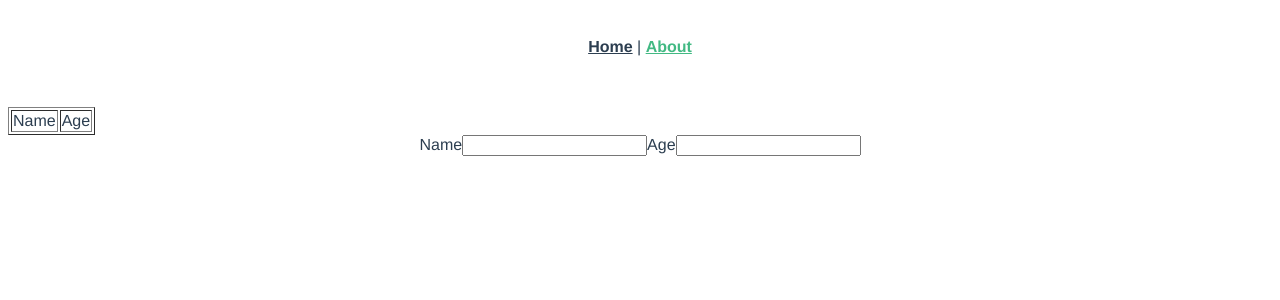
Repository: HaoMiffy/Vue---node.js-express
Page: /#/about (app in axios get node.js data/)
The author's editor kept a copy of each file at every save. The page is drawn from the files as they stood at one save, then again after the next save.
The browser window is 1280 px wide. The pictures show the whole page.
The page's requests for data from a server got no answer. The project was rebuilt for these pictures with package versions that can differ from the ones it lists, and the page was loaded fresh each time. No one was signed in, and anything a server would have sent is missing. Also part of the build but not shown: axios get node.js data/vue.config.js, axios get node.js data/src/components/HelloWorld.vue, axios get node.js data/src/views/HomeView.vue.

Above is the page before, as saved 2023-01-04 09:19:48.

### axios get node.js data/src/views/AboutView.vue
<template>
  <div class="about">
    <h1>{{ search }}</h1>
    <table border="1px">
    <tr>
      <td>Name</td>
      <td>Age</td>
    </tr>
    <tr v-for="user in usesrs" :key="user.id">
      <td>{{ user.name }}</td>
      <td>{{ user.age }}</td>
    </tr>
  </table>
  <label for="name">Name</label>
  <input type="text" id="name" name="name"/>
    <label for="age">Age</label>
  <input type="text" id="age" name="age"/>
  </div>
</template>

<script>
import axios from 'axios'
export default{
  data() {
    return {
      usesrs: null,
      search:null
    }
  },
  mounted() {
    this.getdata(),
    this.getsearch()
  },
  methods:{
    getdata() {
      axios.get("http://127.0.0.1:3000/json", {headers:{
        "Access-Control-Allow-Origin":"http://api.komavideo.com"
      }})
        .then((respond) => {
          console.log(respond)
          this.usesrs = respond.data.data
        })
    },
    getsearch(){
            axios.get("http://127.0.0.1:3000/search", {headers:{
        "Access-Control-Allow-Origin":"http://api.komavideo.com"
      }})
        .then((res) => {
          console.log(res)
          this.search = res.data
        })
    }
  }
}
</script>

Loaded but not shown: axios get node.js data/public/index.html (common file); axios get node.js data/src/main.js (common file); axios get node.js data/src/App.vue (common file); axios get node.js data/src/router/index.js (common file); axios get node.js data/src/store/index.js (common file)

After the next save:
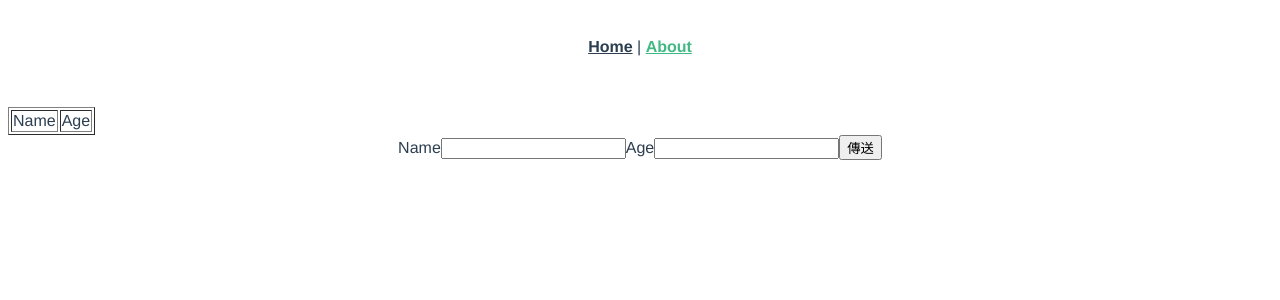
Saved 2 min 40 s later.
--- a/axios get node.js data/src/views/AboutView.vue
+++ b/axios get node.js data/src/views/AboutView.vue
@@ -15,6 +15,7 @@
   <input type="text" id="name" name="name"/>
     <label for="age">Age</label>
   <input type="text" id="age" name="age"/>
+  <button type="submit" @click="submit()">傳送</button>
   </div>
 </template>
 
@@ -49,6 +50,15 @@ export default{
           console.log(res)
           this.search = res.data
         })
+    },
+    submit(){
+      axios.post("http://127.0.0.1:3000/json", {headers:{
+        "Access-Control-Allow-Origin":"http://api.komavideo.com"
+      }})
+        .then((respond) => {
+          console.log(respond)
+          this.usesrs = respond.data.data
+        })
     }
   }
 }
